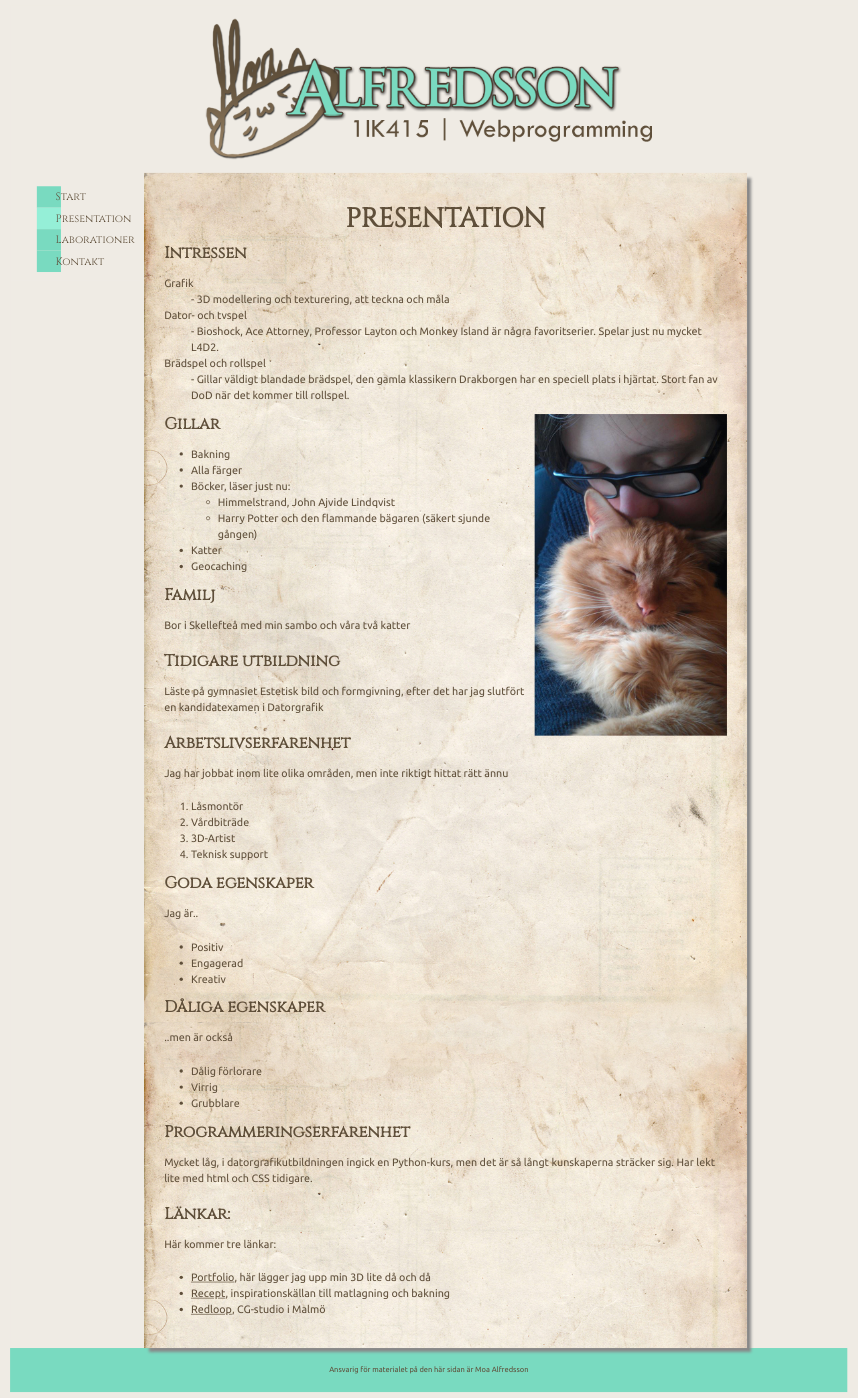
Repository: ma223md/1ik415
Page: pages/presentation.html
The author's editor kept a record of every edit. The page is drawn from the files as they stood at one moment, then again after the next edit.
The browser window is 1280 px wide. The pictures show the whole page, at 67% of full size.

Above is the page before.

After the next edit:
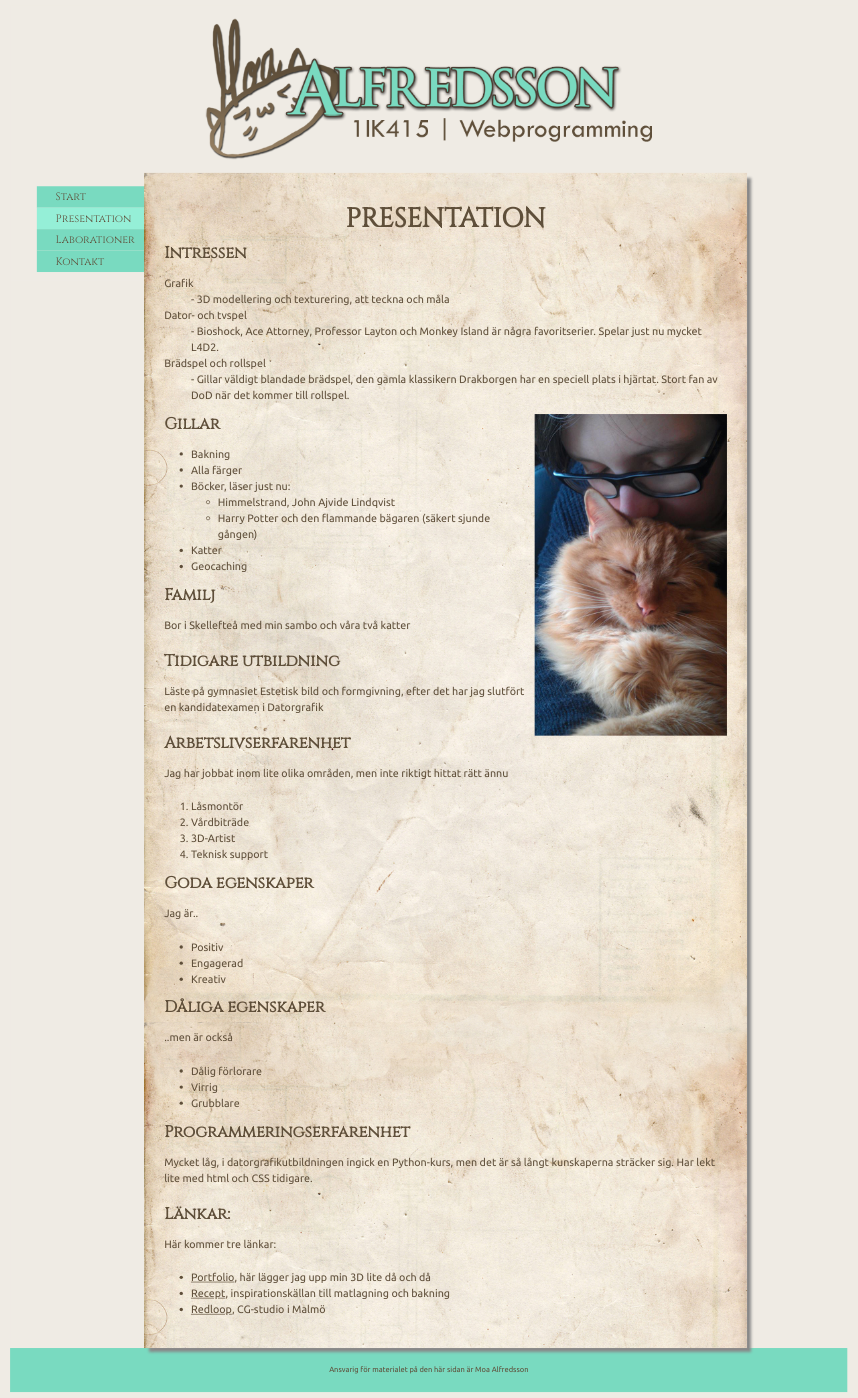
The edit:
--- a/css/style2.css
+++ b/css/style2.css
@@ -105,7 +105,7 @@
 
 #navigation li
 {
-        width: 24px;
+        width: 185px;
         height: 24px;
         padding-top: 4px;
         padding-bottom: 4px;
